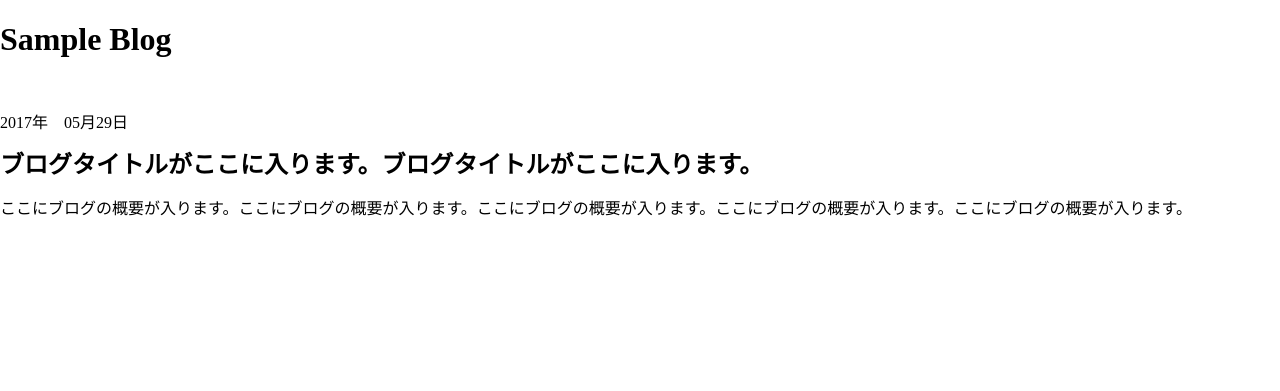
Repository: taka292/myview
Page: html/batty_coffee_stand/index.html
The author's editor kept a record of every edit. The page is drawn from the files as they stood at one moment, then again after the next edit.
The browser window is 1280 px wide. The pictures show the whole page.

Above is the page before.

### html/batty_coffee_stand/index.html
<!DOCTYPE HTML>
<html>
    <head>
        <meta charset="UTF-8">
         <title>Sample Blog</title>
        <link rel="stylesheet" href="css/normalize.css"/>
        <link rel="stylesheet" href="css/style.css"/>
    </head>
    <body>
   <header>
     <div class="title">
         <h1>Sample Blog</h1>
     </div>
     <div class="info">
         <ul>
             <li>ホーム</li>
             <li>カテゴリー一覧</li>
             <li>お問い合わせ</li>
         </ul>
     </div>
   </header>

   <main>
       <div class="left-contents">
           <img>
           <div class="date">
               <p>2017年　05月29日</p>
           </div>
           <h2>ブログタイトルがここに入ります。ブログタイトルがここに入ります。</h2>
           <div class="blog">
               <p>ここにブログの概要が入ります。ここにブログの概要が入ります。ここにブログの概要が入ります。ここにブログの概要が入ります。ここにブログの概要が入ります。</p>
           </div>
       </div>
   </main>
   <footer>

   </footer>
    </body>
</html>

### html/batty_coffee_stand/css/style.css
.header-logo {
  margin-left:auto;
  margin-right:auto;
  width:300px;
}
.info li{
  list-style-type:none;
  float:left;
}
.info{
  background-color:black;
  color:white;
}

Loaded but not shown: html/batty_coffee_stand/css/normalize.css (library)

After the next edit:
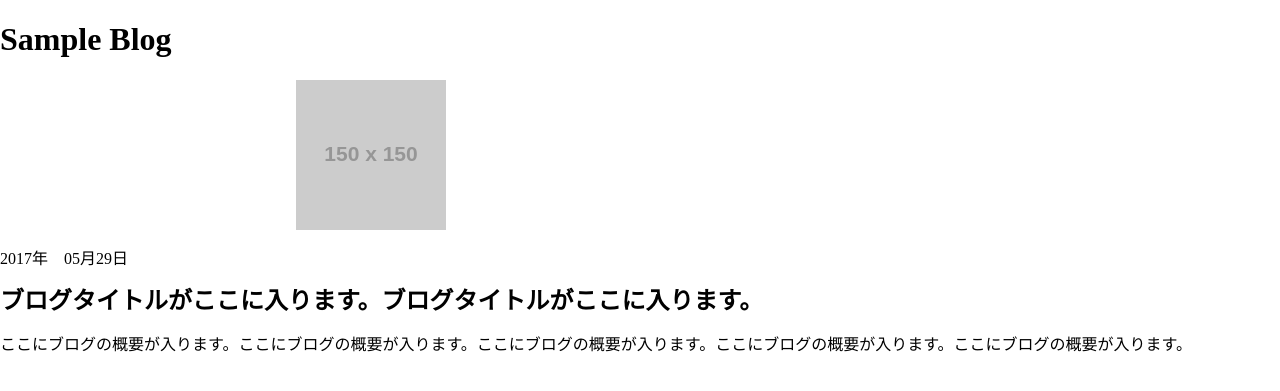
The edit:
--- a/html/batty_coffee_stand/index.html
+++ b/html/batty_coffee_stand/index.html
@@ -22,7 +22,7 @@
 
    <main>
        <div class="left-contents">
-           <img>
+           <img src="https://placehold.jp/150x150.png">
            <div class="date">
                <p>2017年　05月29日</p>
            </div>
